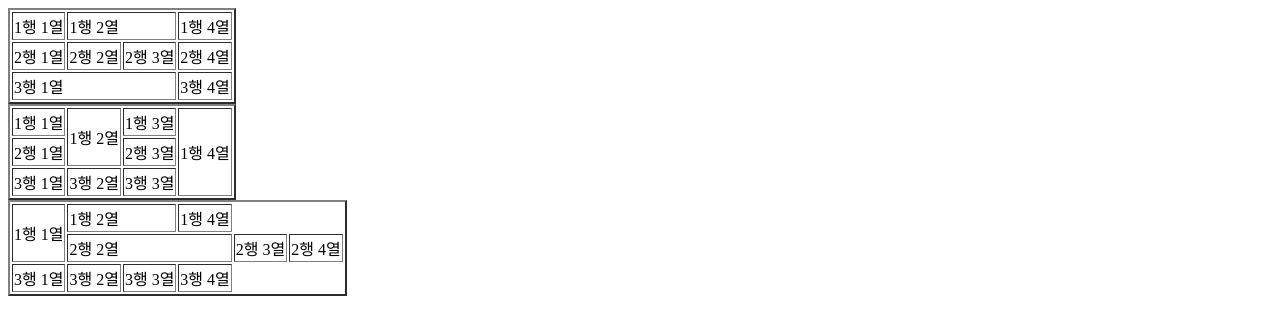
Repository: jaehyeon0418/workspace123
Page: w1024/src/main/webapp/w1024_07_table_tr_td.html
The author's editor kept a copy of each file at every save. The page is drawn from the files as they stood at one save, then again after the next save.
The browser window is 1280 px wide. The pictures show the whole page.

Above is the page before, as saved 2022-10-24 03:32:49.

### w1024/src/main/webapp/w1024_07_table_tr_td.html
<!DOCTYPE html>
<html>
<head>
<meta charset="UTF-8">
<title>Insert title here</title>
</head>
<body>


	<table border="2">
		<tr>
			<td>1행 1열</td>
			<td colspan="2">1행 2열</td>

			<td>1행 4열</td>
		</tr>

		<tr>

			<td>2행 1열</td>
			<td>2행 2열</td>
			<td>2행 3열</td>
			<td>2행 4열</td>

		</tr>

		<tr>
			<td colspan="3">3행 1열</td>

			<td>3행 4열</td>

		</tr>
	</table>

	<table border="2">
		<tr>
			<td>1행 1열</td>
			<td rowspan="2">1행 2열</td>
			<td>1행 3열</td>
			<td rowspan="4">1행 4열</td>
		</tr>

		<tr>

			<td>2행 1열</td>

			<td>2행 3열</td>


		</tr>

		<tr>
			<td>3행 1열</td>
			<td>3행 2열</td>
			<td>3행 3열</td>


		</tr>
	</table>

	<table border="2">
		<tr>
			<td rowspan ="2">1행 1열</td>
			<td colspan="2">1행 2열</td>

			<td>1행 4열</td>
		</tr>

		<tr>


			<td colspan = "4">2행 2열</td>
			<td>2행 3열</td>
			<td>2행 4열</td>


		</tr>

		<tr>
			<td>3행 1열</td>
			<td>3행 2열</td>
			<td>3행 3열</td>
			<td>3행 4열</td>


		</tr>
	</table>




</body>
</html>

After the next save:
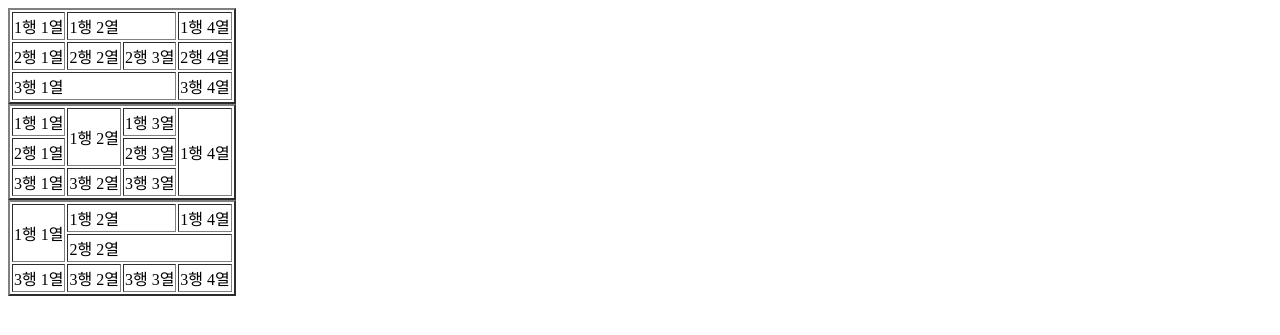
Saved 16 s later.
--- a/w1024/src/main/webapp/w1024_07_table_tr_td.html
+++ b/w1024/src/main/webapp/w1024_07_table_tr_td.html
@@ -70,8 +70,7 @@
 
 
 			<td colspan = "4">2행 2열</td>
-			<td>2행 3열</td>
-			<td>2행 4열</td>
+
 
 
 		</tr>
